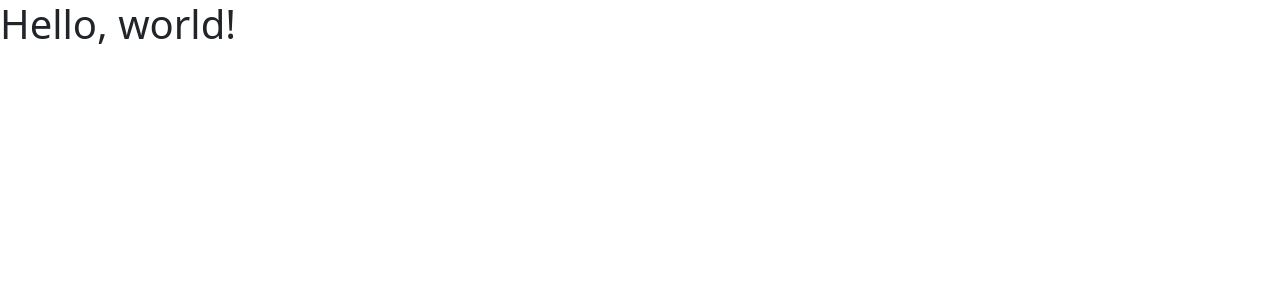
Repository: Realchamithweb/chamith-html
Page: about-more.html
These files come from the project's save history. The page is drawn as it stood at one moment and after the next save; the edit follows.
The browser window is 1280 px wide. The pictures show the whole page.

Above is the page before, as saved 2023-01-04 12:15:28.

### about-more.html
<!doctype html>
<html lang="en">
  <head>
    <!-- Required meta tags -->
    <meta charset="utf-8">
    <meta name="viewport" content="width=device-width, initial-scale=1">

    <!-- Bootstrap CSS -->
    <link href="https://cdn.jsdelivr.net/npm/bootstrap@5.0.2/dist/css/bootstrap.min.css" rel="stylesheet" integrity="sha384-EVSTQN3/azprG1Anm3QDgpJLIm9Nao0Yz1ztcQTwFspd3yD65VohhpuuCOmLASjC" crossorigin="anonymous">

    <title>Hello, world!</title>
  </head>
  <body>
    <h1>Hello, world!</h1>

    <!-- Optional JavaScript; choose one of the two! -->

    <!-- Option 1: Bootstrap Bundle with Popper -->
    <script src="https://cdn.jsdelivr.net/npm/bootstrap@5.0.2/dist/js/bootstrap.bundle.min.js" integrity="sha384-MrcW6ZMFYlzcLA8Nl+NtUVF0sA7MsXsP1UyJoMp4YLEuNSfAP+JcXn/tWtIaxVXM" crossorigin="anonymous"></script>

    <!-- Option 2: Separate Popper and Bootstrap JS -->
    <!--
    <script src="https://cdn.jsdelivr.net/npm/@popperjs/core@2.9.2/dist/umd/popper.min.js" integrity="sha384-IQsoLXl5PILFhosVNubq5LC7Qb9DXgDA9i+tQ8Zj3iwWAwPtgFTxbJ8NT4GN1R8p" crossorigin="anonymous"></script>
    <script src="https://cdn.jsdelivr.net/npm/bootstrap@5.0.2/dist/js/bootstrap.min.js" integrity="sha384-cVKIPhGWiC2Al4u+LWgxfKTRIcfu0JTxR+EQDz/bgldoEyl4H0zUF0QKbrJ0EcQF" crossorigin="anonymous"></script>
    -->
  </body>
</html>

### css/style.css
.main{
    background-color: #292929;
    font-family: 'Manrope', serif;

}

/*
.hero-title{
    position: absolute;
    width: 824px;
    height: 192px;
    left: 96px;
    top: 240px;

    font-family: 'Inter';
    font-style: normal;
    font-weight: 400;
    font-size: 54px;
    line-height: 64px;
    color: #000000;
}

.hero-text{
    position: absolute;
    width: 824px;
    height: 90px;
    left: 96px;
    top: 456px;

    font-family: 'Inter';
    font-style: normal;
    font-weight: 400;
    font-size: 20px;
    line-height: 30px;
    /* or 150% */
    /* color: #000000
}

.hero-btn{
    box-sizing: border-box;
    position: absolute;
    width: 341.57px;
    height: 57px;
    left: 96px;
    top: 634px;

    background: #FFFFFF;
    border: 1px solid #000000;
    border-radius: 4px;
}

.f-row{
    display: flex;
    flex-direction: row;
    justify-content: center;
    align-items: center;
    padding: 8px;
    gap: 32px;

    position: absolute;
    height: 48px;
    left: 96px;
    top: 836px;
}

.img00{
    display: flex;
    flex-direction: row;
    justify-content: center;
    align-items: center;
    padding: 8px;
    gap: 32px;

    position: absolute;
    width: 198px;
    height: 48px;
    left: 96px;
    top: 836px;

}

.img01{
    position: absolute;
    width: 612px;
    height: 888px;
    left: 96px;
    top: 964px;
    border-radius: 4px;
}

.img01:hover{
    background: linear-gradient(0deg, rgba(0, 0, 0, 0.6), rgba(0, 0, 0, 0.6)), url("/inc/Bookstore.png"), #292929;
}

.img02{
    position: absolute;
    width: 612px;
    height: 888px;
    left: 732px;
    top: 1102px;

    background: url(3ffea8135910975.Y3JvcCwxMDgwLDg0NCwwLDExNw.png), #292929;
    border-radius: 4px;
}  */

After the next save:
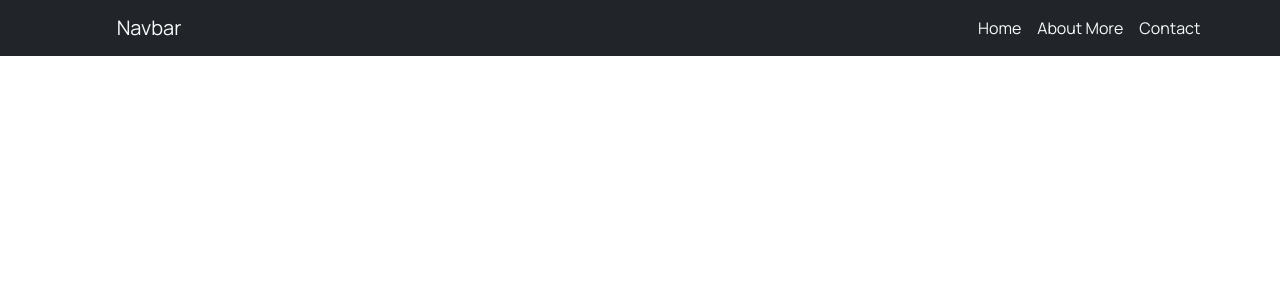
Saved 91 min 32 s later.
--- a/about-more.html
+++ b/about-more.html
@@ -4,14 +4,38 @@
     <!-- Required meta tags -->
     <meta charset="utf-8">
     <meta name="viewport" content="width=device-width, initial-scale=1">
-
+    <link rel="stylesheet" href="/css/style.css">
     <!-- Bootstrap CSS -->
     <link href="https://cdn.jsdelivr.net/npm/bootstrap@5.0.2/dist/css/bootstrap.min.css" rel="stylesheet" integrity="sha384-EVSTQN3/azprG1Anm3QDgpJLIm9Nao0Yz1ztcQTwFspd3yD65VohhpuuCOmLASjC" crossorigin="anonymous">
-
+    <link rel="stylesheet" href="https://fonts.googleapis.com/css?family=Manrope">
     <title>Hello, world!</title>
   </head>
   <body>
-    <h1>Hello, world!</h1>
+    <div class="main">
+            <div class="head">
+                <nav class="navbar navbar-expand-lg navbar-light bg-dark">
+                    <div class="container-fluid">
+                        <div class="col-md-1"></div>
+                    <a class="navbar-brand col-md-8 text-light" href="#">Navbar</a>
+                    <button class="navbar-toggler" type="button" data-bs-toggle="collapse" data-bs-target="#navbarNavDropdown" aria-controls="navbarNavDropdown" aria-expanded="false" aria-label="Toggle navigation">
+                        <span class="navbar-toggler-icon"></span>
+                    </button>
+                    <div class="collapse navbar-collapse" id="navbarNavDropdown">
+                        <ul class="navbar-nav">
+                        <li class="nav-item">
+                            <a class="nav-link active text-light" aria-current="page" href="#">Home</a>
+                        </li>
+                        <li class="nav-item">
+                            <a class="nav-link text-light" href="/about-more.html">About More</a>
+                        </li>
+                        <li class="nav-item">
+                            <a class="nav-link text-light" href="/contact.html">Contact</a>
+                        </li>
+                        </ul>
+                    </div>
+                    </div>
+                </nav>
+            </div>
 
     <!-- Optional JavaScript; choose one of the two! -->
 
